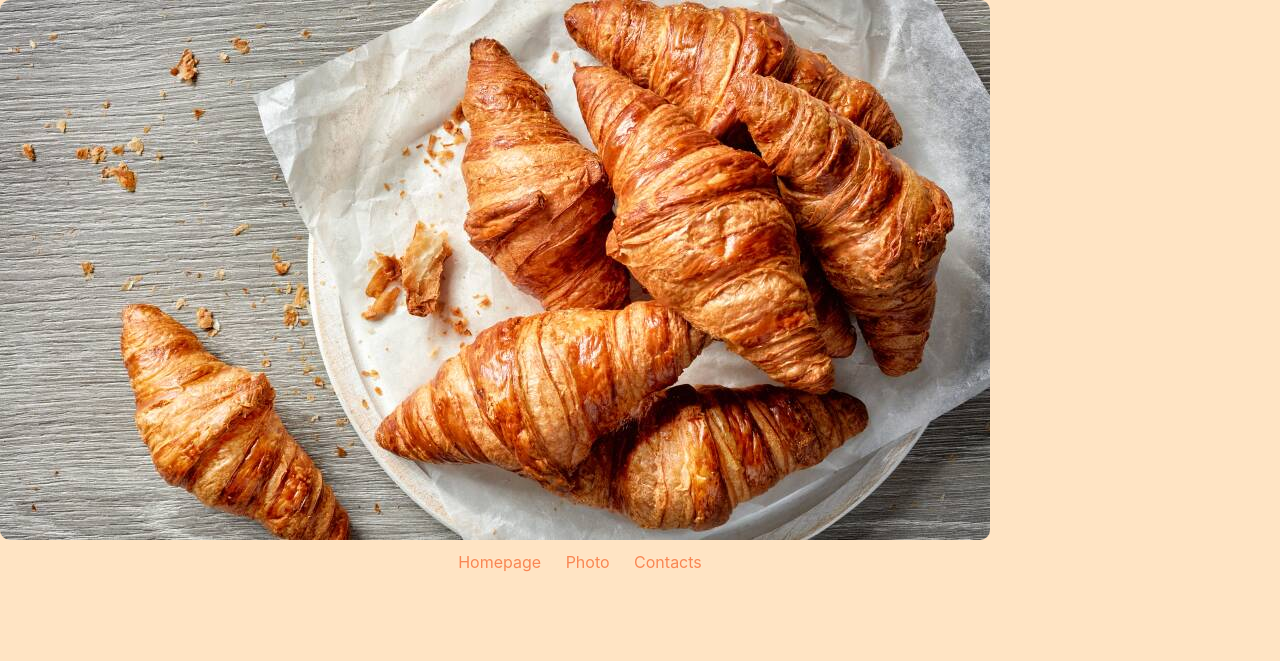
Repository: Bohoutdinova/Croissant
Page: photo.html
An editor plug-in stored every save of this project. The page is shown before and after the next save, followed by the edit.
The browser window is 1280 px wide. The pictures show the whole page.

Above is the page before, as saved 2022-08-08 17:54:04.

After the next save:
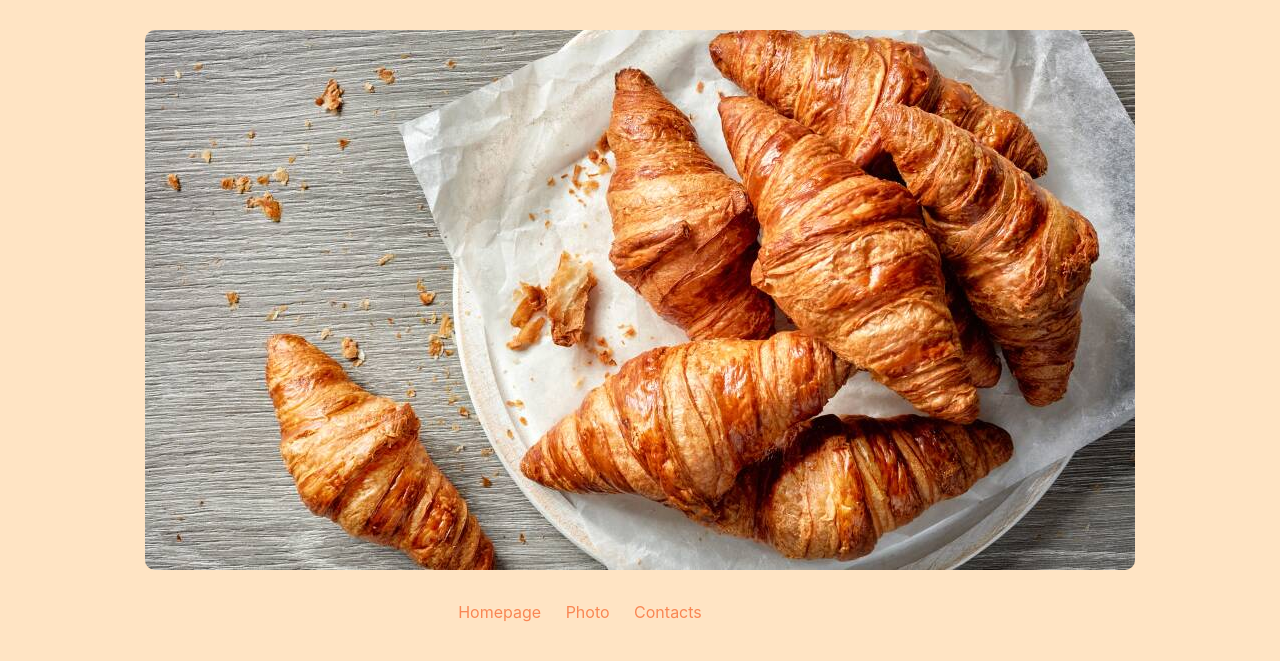
Saved 15 s later.
--- a/src/style.css
+++ b/src/style.css
@@ -17,4 +17,6 @@ a {
 }
 img {
   border-radius: 10px;
+  display: block;
+  margin: 30px auto;
 }
